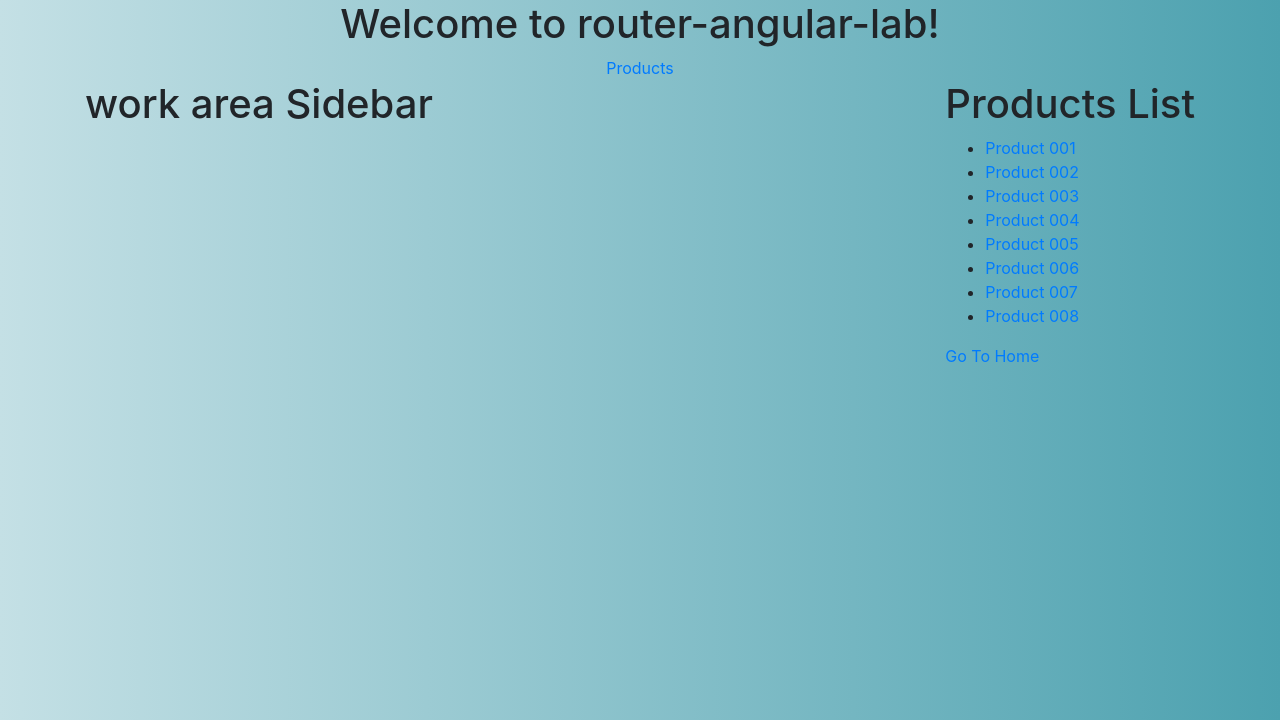
Repository: desalab/router-angular-lab
Page: /products
The author's editor kept a copy of each file at every save. The page is drawn from the files as they stood at one save, then again after the next save.
The browser window is 1280 px wide. The pictures show the whole page.
The project was rebuilt for these pictures with package versions that can differ from the ones it lists, and the page was loaded fresh each time. Also part of the build but not shown: angular.json, src/app/product-detail/product-detail.component.ts, src/app/product-list-sidebar/product-list-sidebar.component.ts, src/app/home/home.component.ts.

Above is the page before, as saved 2018-12-06 01:01:59.

After the next save:
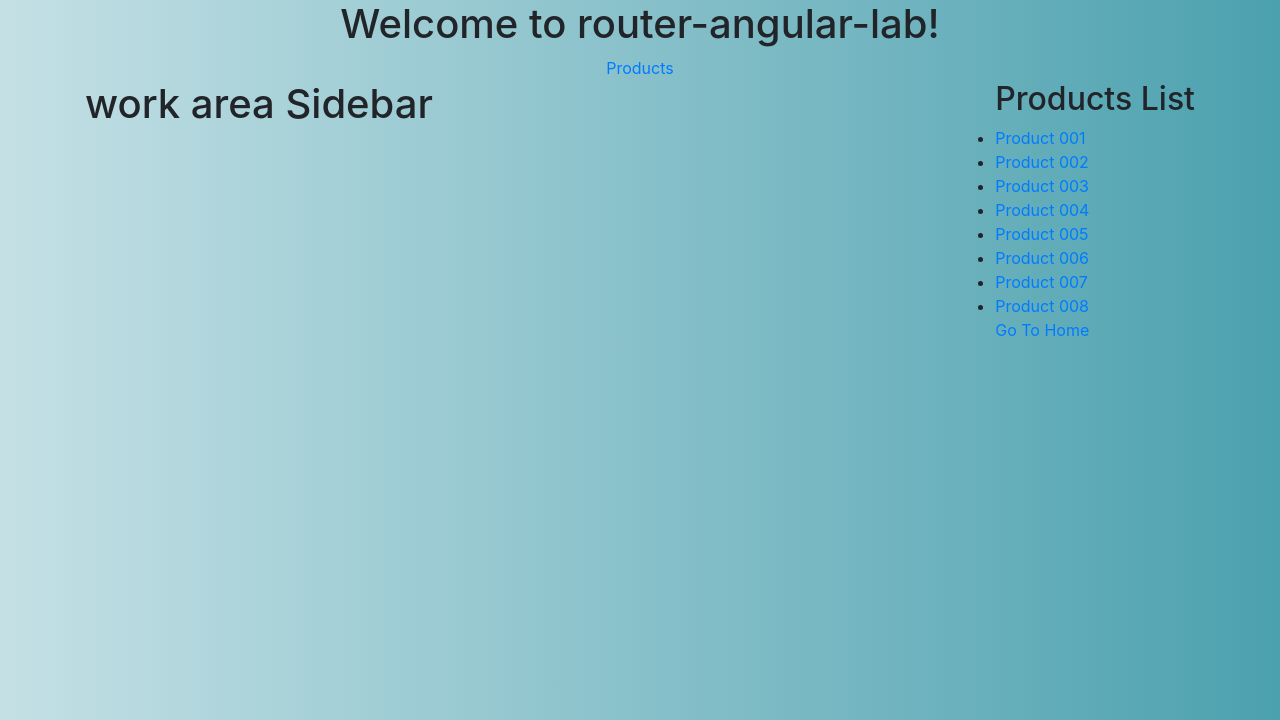
Saved 4 min 58 s later.
--- a/src/app/product-list/product-list.component.html
+++ b/src/app/product-list/product-list.component.html
@@ -1,6 +1,6 @@
-<h1>Products List</h1>
+<h2>Products List</h2>
 
-<ul>
+<ul class="list-group">
 	<li *ngFor="let product of products">
 		<a [routerLink]="['/product/', product.id]">{{product.name}}</a>
 	</li>
